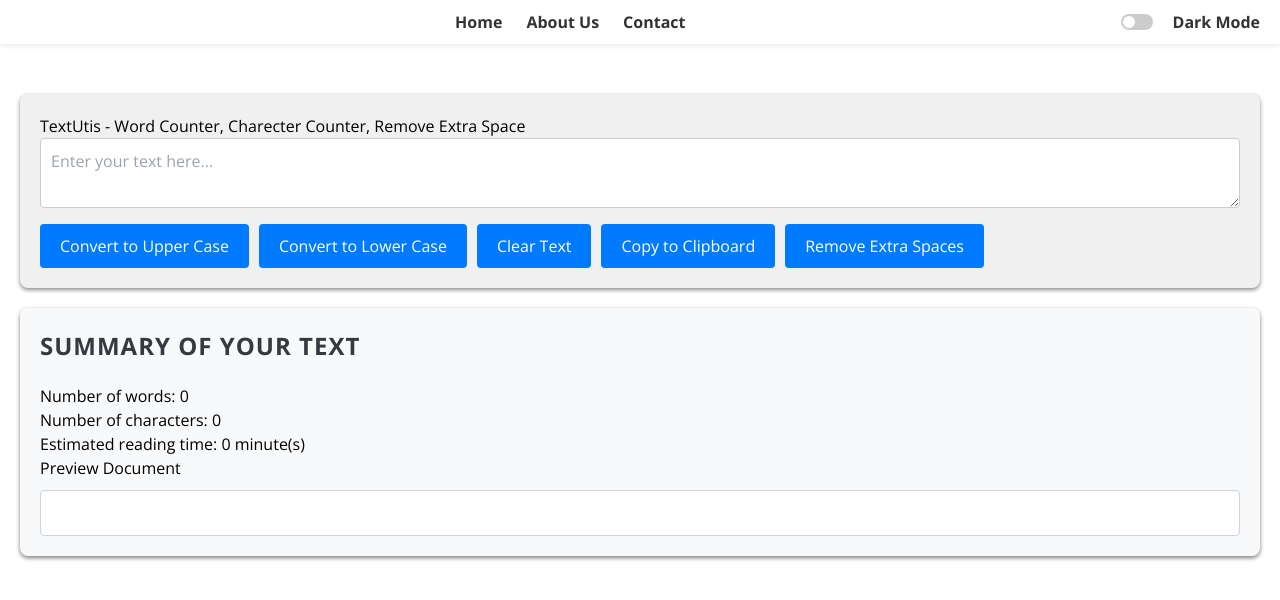
Repository: sriram1224/Text-converter
Page: /
These files come from the project's save history. The page is drawn as it stood at one moment and after the next save; the edit follows.
The browser window is 1280 px wide. The pictures show the whole page.
The project was rebuilt for these pictures with package versions that can differ from the ones it lists, and the page was loaded fresh each time. Also part of the build but not shown: src/About.jsx.

Above is the page before, as saved 2024-03-27 03:01:57.

After the next save:
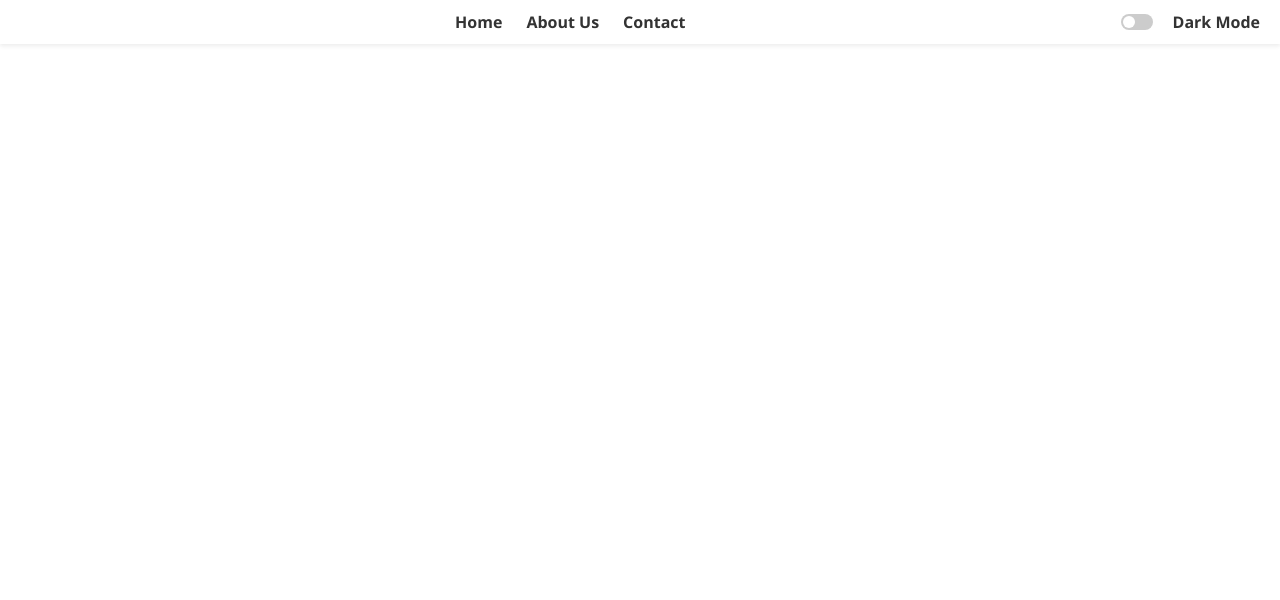
Saved 2 min 13 s later.
--- a/src/App.js
+++ b/src/App.js
@@ -1,23 +1,12 @@
 import React from 'react';
-import { BrowserRouter as Router, Routes, Route } from 'react-router-dom'; // Import Routes
-
+import { BrowserRouter as Router } from 'react-router-dom';
 import Header from './Header';
-import Home from './Home';
-import About from './About';
-import Contact from './Contact';
 
 function App() {
   return (
     <Router>
-      <div>
-        <Header />
+      <Header />
 
-        <Routes>
-          <Route path="/" element={<Home />} />
-          <Route path="/about" element={<About />} />
-          <Route path="/contact" element={<Contact />} />
-        </Routes>
-      </div>
     </Router>
   );
 }
